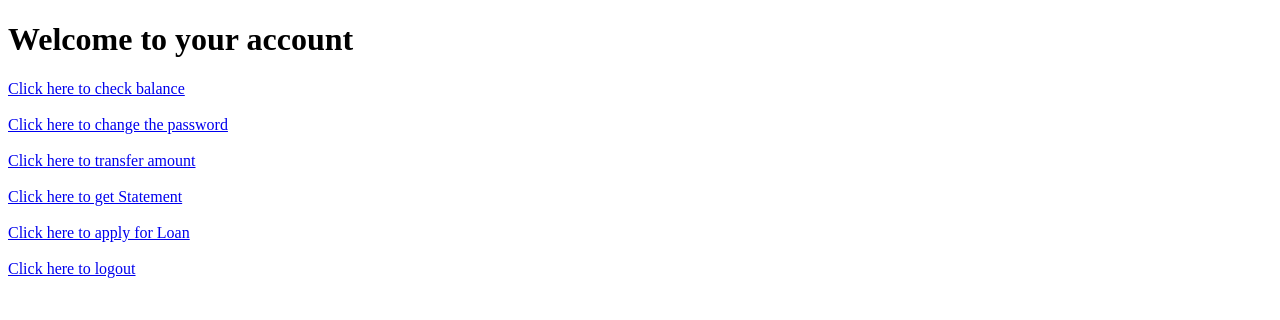
Repository: KGDarshan/BankApplication
Page: CaravanBanking/WebContent/Home.html
The author's editor kept a copy of each file at every save. The page is drawn from the files as they stood at one save, then again after the next save.
The browser window is 1280 px wide. The pictures show the whole page.

Above is the page before, as saved 2020-10-10 03:42:04.

After the next save:
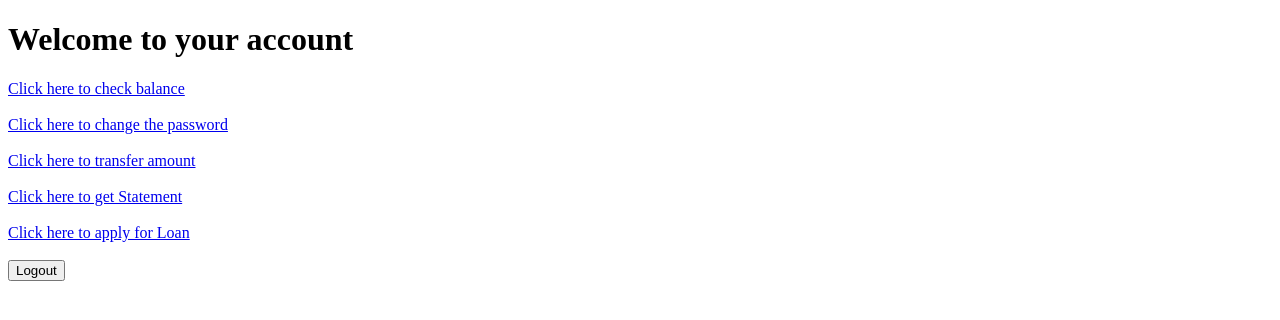
Saved 5 s later.
--- a/CaravanBanking/WebContent/Home.html
+++ b/CaravanBanking/WebContent/Home.html
@@ -11,6 +11,9 @@
 	<a href="Transfer.html">Click here to transfer amount</a><br><br>
 	<a href="GetStatement">Click here to get Statement</a><br><br>
 	<a href="ApplyLoan.html">Click here to apply for Loan</a><br><br>
-	<a href="Logout">Click here to logout</a>
+
+	<form action="Logout">
+	<input type="submit" value="Logout">
+	</form>
 </body>
 </html>
